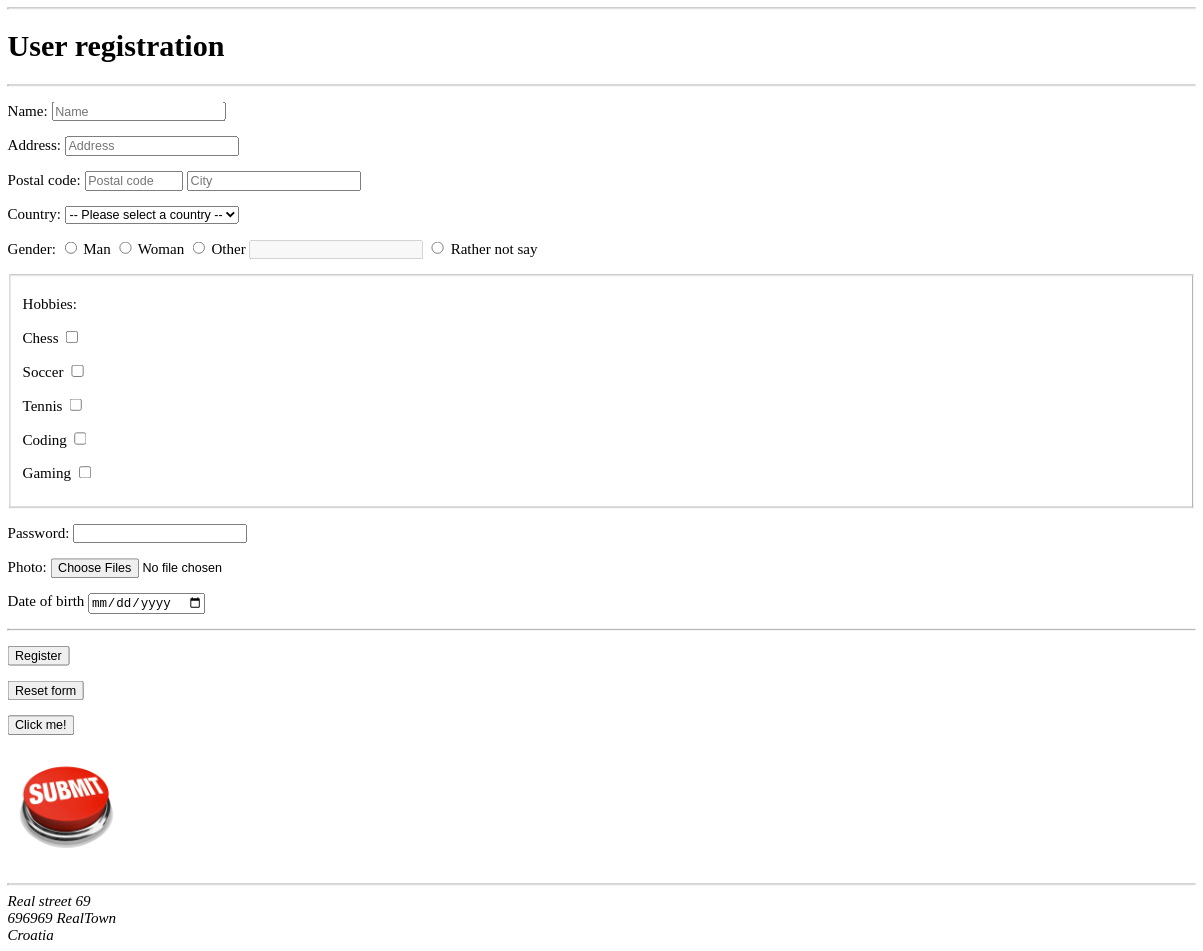
Repository: Filip-Husic/AW_frontend
Page: ex3Forms.html
An editor plug-in stored every save of this project. The page is shown before and after the next save, followed by the edit.
The browser window is 1280 px wide. The pictures show the whole page, at 94% of full size.

Above is the page before, as saved 2022-11-23 14:17:48.

After the next save:
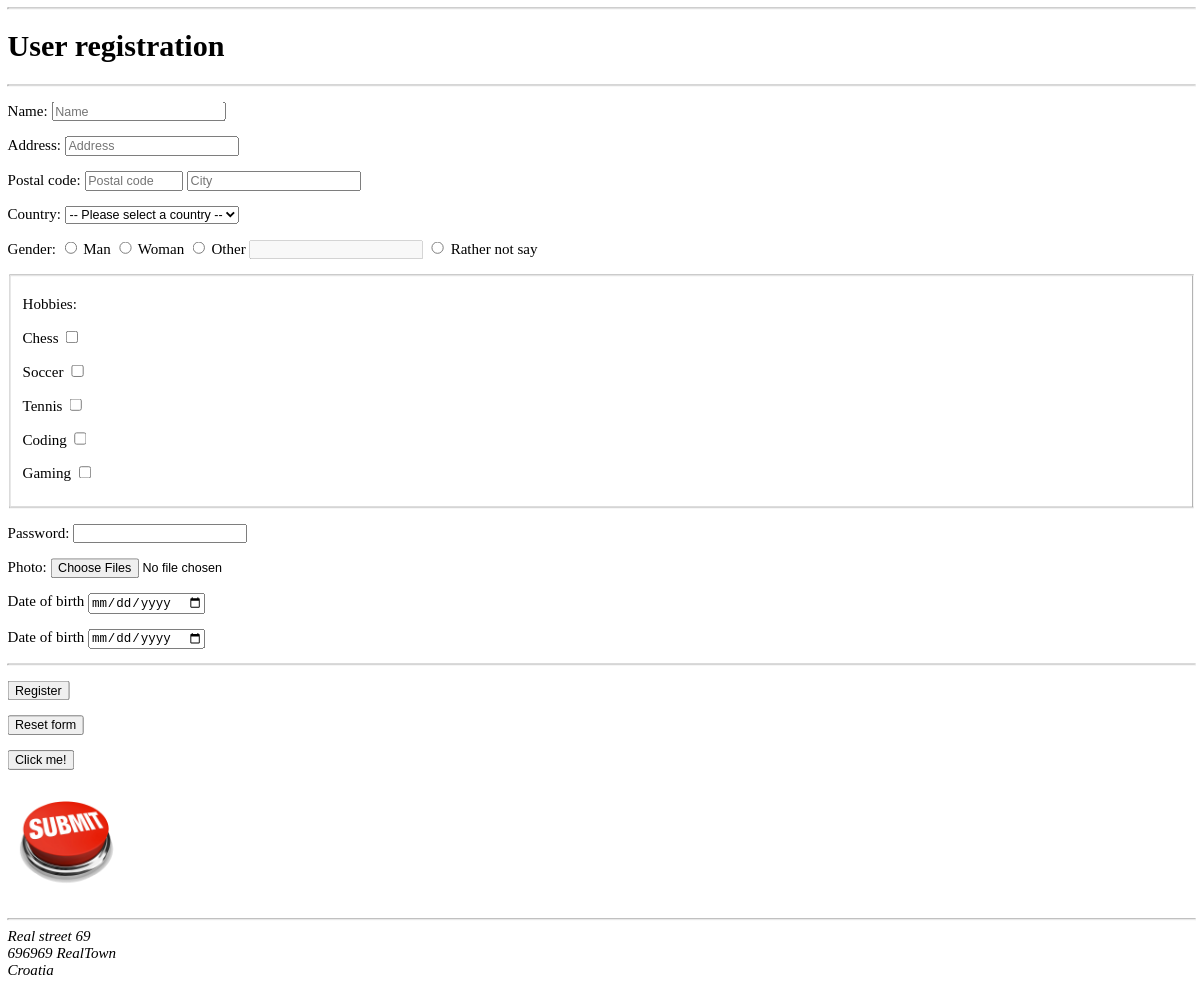
Saved 11 min 22 s later.
--- a/ex3Forms.html
+++ b/ex3Forms.html
@@ -84,6 +84,10 @@
             <label for="date_birth">Date of birth</label>
             <input type="date" name="date_birth" id="date_birth">
         </p>
+        <p>
+            <label for="date_birth">Date of birth</label>
+            <input type="date" name="date_birth" id="date_birth">
+        </p>
         <hr>
         <p>
             <button type="submit" id="btSubmit" name="btSubmit">Register</button>
